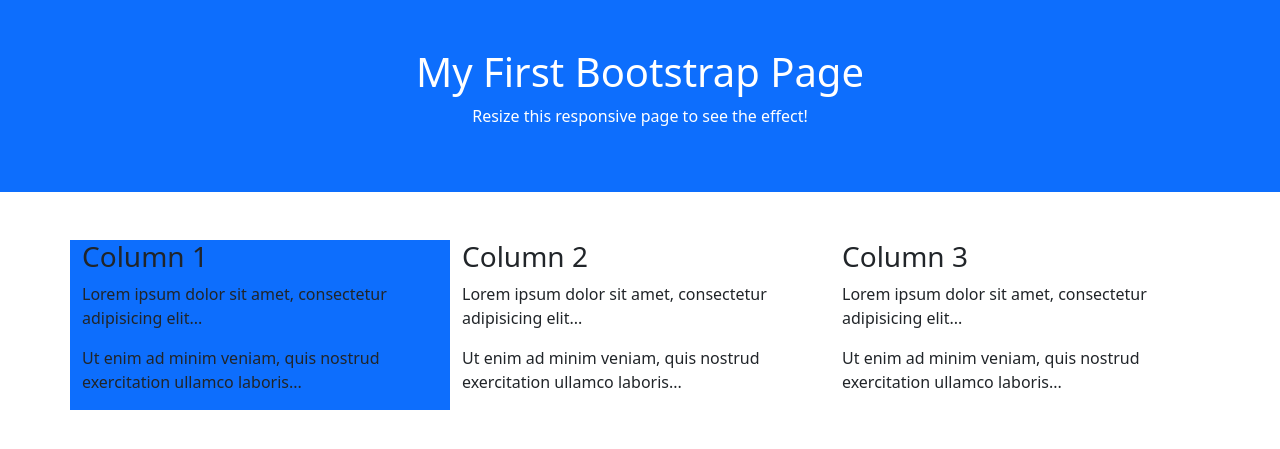
Repository: Dayvid0/BS5-W3SCHOOLS-TUTORIAL
Page: FIRST-BS5-PAGE.html
The author's editor kept a copy of each file at every save. The page is drawn from the files as they stood at one save, then again after the next save.
The browser window is 1280 px wide. The pictures show the whole page.

Above is the page before, as saved 2025-02-18 13:17:52.

### FIRST-BS5-PAGE.html
<!DOCTYPE html>
<html lang="en">
<head>
  <title>Bootstrap 5 Example</title>
  <meta charset="utf-8">
  <meta name="viewport" content="width=device-width, initial-scale=1">
  <link href="https://cdn.jsdelivr.net/npm/bootstrap@5.3.3/dist/css/bootstrap.min.css" rel="stylesheet">
  <script src="https://cdn.jsdelivr.net/npm/bootstrap@5.3.3/dist/js/bootstrap.bundle.min.js"></script>
</head>
<body>
<div class="container-fluid p-5 bg-primary text-white text-center">
  <h1>My First Bootstrap Page</h1>
  <p>Resize this responsive page to see the effect!</p>
</div>
<div class="container mt-5">
  <div class="row">
    <div class="col-sm-4 bg-primary" >
      <h3>Column 1</h3>
      <p>Lorem ipsum dolor sit amet, consectetur adipisicing elit...</p>
      <p>Ut enim ad minim veniam, quis nostrud exercitation ullamco laboris...</p>
    </div>
    <div class="col-sm-4">
      <h3>Column 2</h3>
      <p>Lorem ipsum dolor sit amet, consectetur adipisicing elit...</p>
      <p>Ut enim ad minim veniam, quis nostrud exercitation ullamco laboris...</p>
    </div>
    <div class="col-sm-4">
      <h3>Column 3</h3>
      <p>Lorem ipsum dolor sit amet, consectetur adipisicing elit...</p>
      <p>Ut enim ad minim veniam, quis nostrud exercitation ullamco laboris...</p>
    </div>
  </div>
</div>
</body>
</html>

After the next save:
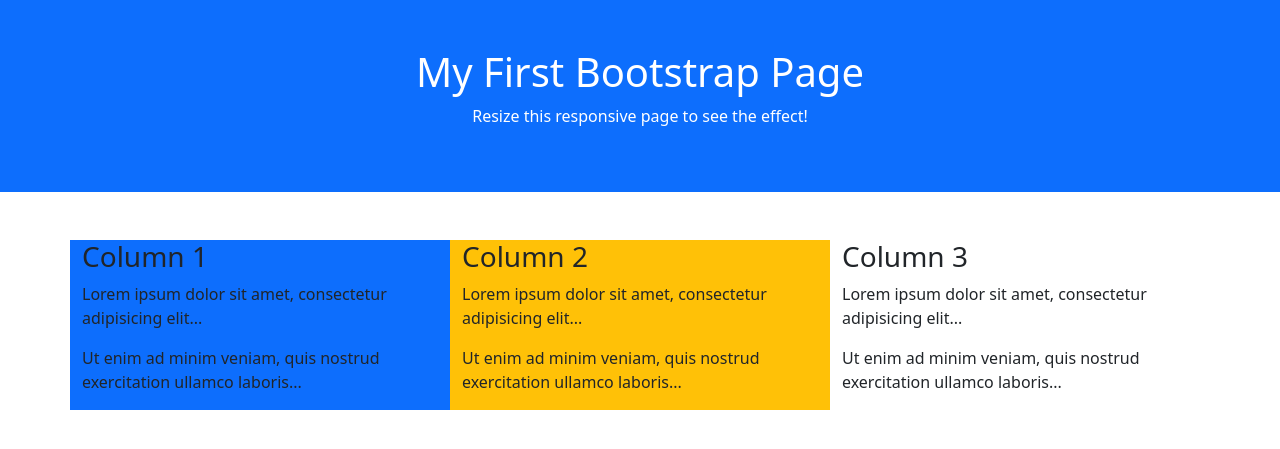
Saved 14 s later.
--- a/FIRST-BS5-PAGE.html
+++ b/FIRST-BS5-PAGE.html
@@ -19,7 +19,7 @@
       <p>Lorem ipsum dolor sit amet, consectetur adipisicing elit...</p>
       <p>Ut enim ad minim veniam, quis nostrud exercitation ullamco laboris...</p>
     </div>
-    <div class="col-sm-4">
+    <div class="col-sm-4 bg-warning">
       <h3>Column 2</h3>
       <p>Lorem ipsum dolor sit amet, consectetur adipisicing elit...</p>
       <p>Ut enim ad minim veniam, quis nostrud exercitation ullamco laboris...</p>
